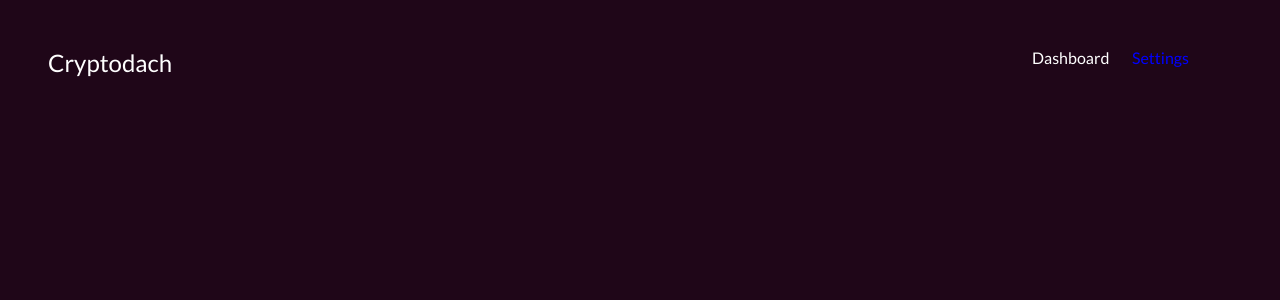
Repository: salczii/cryptocurrency
Page: /
These files come from the project's save history. The page is drawn as it stood at one moment and after the next save; the edit follows.
The browser window is 1280 px wide. The pictures show the whole page.
The project was rebuilt for these pictures with package versions that can differ from the ones it lists, and the page was loaded fresh each time. Also part of the build but not shown: src/index.css.

Above is the page before, as saved 2019-02-01 16:25:49.

After the next save:
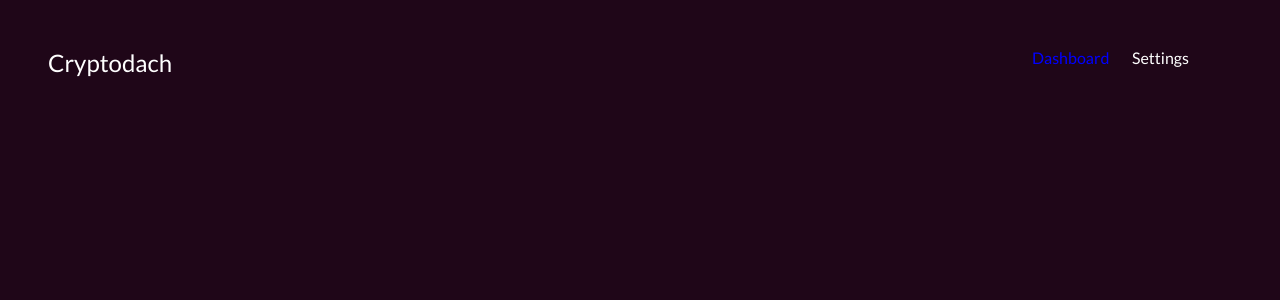
Saved 15 s later.
--- a/src/cryptocurrency/AppProvider.js
+++ b/src/cryptocurrency/AppProvider.js
@@ -6,7 +6,7 @@
     constructor(props) {
         super(props);
         this.state = {
-            page: 'Settings'
+            page: 'Dashboard'
         }
     }
 
